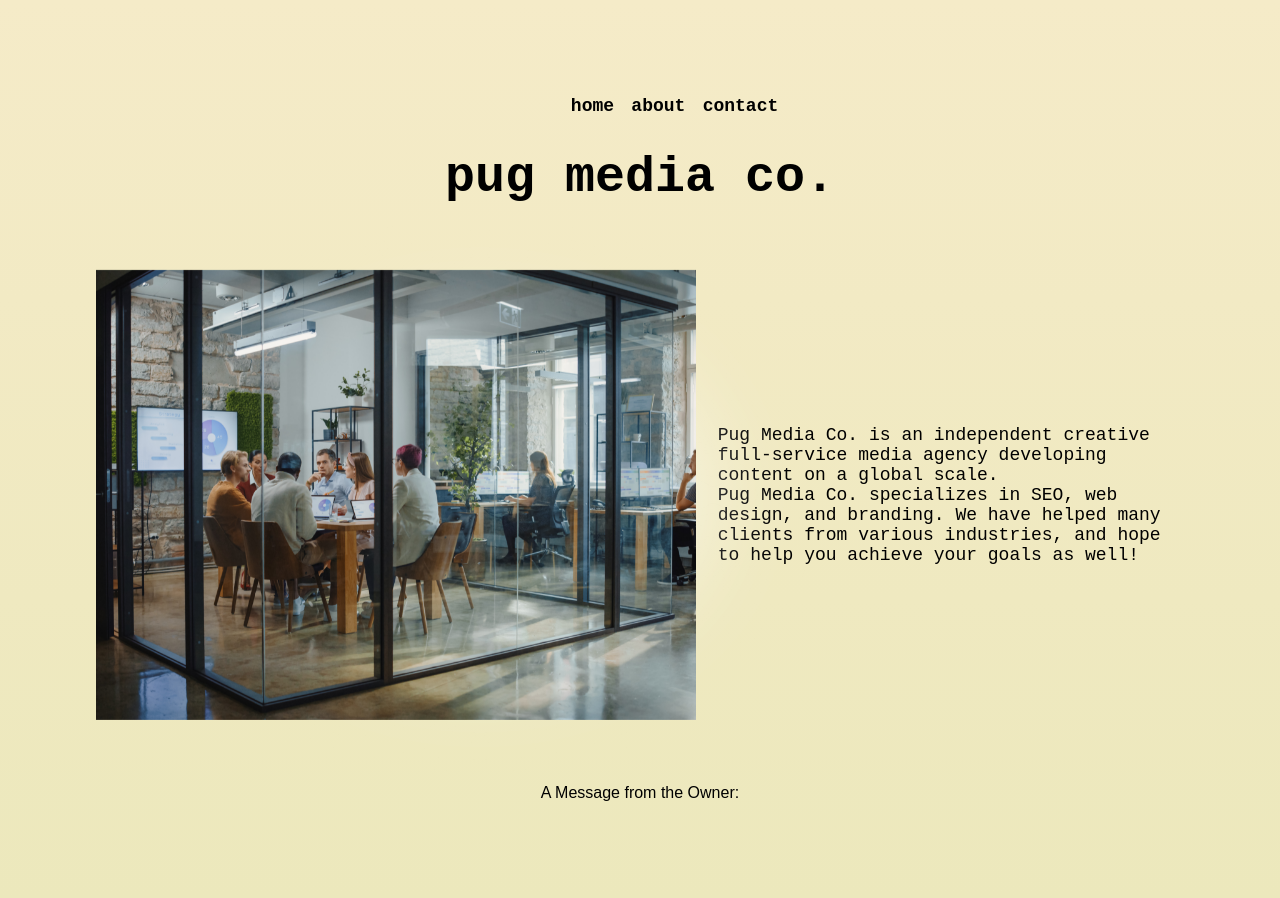
Repository: cheungglenda/MDIA2109-Week3
Page: /
The author's editor kept a copy of each file at every save. The page is drawn from the files as they stood at one save, then again after the next save.
The browser window is 1280 px wide. The pictures show the whole page.
The project was rebuilt for these pictures with package versions that can differ from the ones it lists, and the page was loaded fresh each time. The framework's server and built-in components were replaced by stand-ins that run in the browser. Also part of the build but not shown: next.config.js, components/Card/index.js.

Above is the page before, as saved 2023-01-20 18:59:29.

### pages/index.js
import Head from 'next/head'
import Image from 'next/image'
import { Inter } from '@next/font/google'
import styles from '@/styles/Home.module.css'
import data from '../data/education.json'
import { useState } from 'react'
import Card from '../components/Card'
import Link from 'next/link'

const inter = Inter({ subsets: ['latin'] })

export default function Home() {

  /** ([...data]) enters the data in the useState and is calling that info. the useState has all the data from the education.json file */
  const [information, setInformation] = useState([...data])
  console.log(data);

  return (
    <>
      <Head>
        <title>Pug Media Co.</title>
        <meta name="description" content="Full-service digital marketing agency" />
        <meta name="viewport" content="width=device-width, initial-scale=1" />
        <link rel="icon" href="/favicon.ico" />
      </Head>
      <main className={styles.main}>
        <div className={styles.buttons}>
      <Link href="/" className={styles.links}>Home</Link>
      <Link href="../about" className={styles.links}>About</Link>
      <Link href="/" className={styles.links}>Contact</Link>
        </div>

        <div className={styles.meetTitle}>Pug Media Co.</div>
        <div className={styles.center}>
          <Image
            className={styles.logo}
            src="/office.jpeg"
            width={600}
            height={450}
          />
          <div className={styles.homeDesc}>
            Pug Media Co. is an independent creative full-service media agency developing content on a global scale.<br></br>Pug Media Co. specializes in SEO, web design, and branding. We have helped many clients from various industries, and hope to help you achieve your goals as well!
          </div>
        </div>


        <div className={styles.grid}>
          <div>A Message from the Owner:</div>

        </div>
      </main>
    </>
  )
}

/** .toLowerCase() is input when you don't want to worry about case sensitivity */

### styles/Home.module.css
.main {
  display: flex;
  flex-direction: column;
  justify-content: space-between;
  align-items: center;
  padding: 6rem;
  font-family:arial;
  min-height: 100vh;
  background-image: linear-gradient(rgb(245, 235, 200), rgb(236, 232, 188));

}

.buttons {
  display: flex;
  flex-direction:row;
  justify-content: space-evenly;
  margin-bottom:3%;
}

.links:hover {
  text-decoration:underline;
}

.links {
  font-size: 18px;
  max-width: var(--max-width);
  width: 100%;
  font-weight:900;
  font-family: 'Courier New', Courier, monospace;
  text-transform:lowercase;
  padding-left:10%;
}

.description {
  display: inherit;
  justify-content: inherit;
  align-items: inherit;
  font-size: 15px;
  max-width: var(--max-width);
  width: 100%;
  font-family: var(--font-mono);
}

.homeDesc {
  font-size: 18px;
  font-family:'Courier New', Courier, monospace;
  margin-left:2%;
}

.description a {
  display: flex;
  justify-content: center;
  align-items: center;
  gap: 0.5rem;
}

.description p {
  position: relative;
  margin: 0;
  padding: 1rem;
  background-color: rgba(var(--callout-rgb), 0.5);
  border: 1px solid rgba(var(--callout-border-rgb), 0.3);
  border-radius: var(--border-radius);
}

.code {
  font-weight: 700;
  font-family: var(--font-mono);
}

.meetTitle {
  font-size: 50px;
  font-weight:700;
  text-transform:lowercase;
  font-family:'Courier New', Courier, monospace;
  text-align:center;
}

.grid {
  display: flex;
  justify-content:center;
  width: var(--max-width);
  max-width: 100%;
  align-items:center;
  flex: 1;
}

.card {
  padding: 1rem 1.2rem;
  border-radius: var(--border-radius);
  background: rgba(var(--card-rgb), 0);
  border: 1px solid rgba(var(--card-border-rgb), 0);
  transition: background 200ms, border 200ms;
}

.card span {
  display: inline-block;
  transition: transform 200ms;
}

.info {
  font-family:Arial, Helvetica, sans-serif;
}

.card h2 {
  font-weight: 600;
  margin-bottom: 0.7rem;
}

.card p {
  margin: 0;
  opacity: 0.6;
  font-size: 0.9rem;
  line-height: 1.5;
  max-width: 30ch;
}


.employees {
  display:flex;
  gap:20px;
  width: 80%;
  text-align:center;
  font-family:'Courier New', Courier, monospace;
}

.titleDesc {
  font-size:16px;
  margin-bottom:3%;
}

.center {
  display: flex;
  justify-content: center;
  align-items: center;
  position: relative;
  padding: 4rem 0;
}

.center::before {
  background: var(--secondary-glow);
  border-radius: 50%;
  width: 480px;
  height: 360px;
  margin-left: -400px;
}

.center::after {
  background: var(--primary-glow);
  width: 240px;
  height: 180px;
  z-index: -1;
}

.center::before,
.center::after {
  content: '';
  left: 50%;
  position: absolute;
  filter: blur(45px);
  transform: translateZ(0);
}

.logo,
.thirteen {
  position: relative;
  object-fit:cover;
}

.thirteen {
  display: flex;
  justify-content: center;
  align-items: center;
  width: 75px;
  height: 75px;
  padding: 25px 10px;
  margin-left: 16px;
  transform: translateZ(0);
  border-radius: var(--border-radius);
  overflow: hidden;
  box-shadow: 0px 2px 8px -1px #0000001a;
}

.thirteen::before,
.thirteen::after {
  content: '';
  position: absolute;
  z-index: -1;
}

/* Conic Gradient Animation */
.thirteen::before {
  animation: 6s rotate linear infinite;
  width: 200%;
  height: 200%;
  background: var(--tile-border);
}

/* Inner Square */
.thirteen::after {
  inset: 0;
  padding: 1px;
  border-radius: var(--border-radius);
  background: linear-gradient(
    to bottom right,
    rgba(var(--tile-start-rgb), 1),
    rgba(var(--tile-end-rgb), 1)
  );
  background-clip: content-box;
}

/* Enable hover only on non-touch devices */
@media (hover: hover) and (pointer: fine) {
  .card:hover {
    background: rgba(var(--card-rgb), 0.1);
    border: 1px solid rgba(var(--card-border-rgb), 0.15);
  }

  .card:hover span {
    transform: translateX(4px);
  }
}

@media (prefers-reduced-motion) {
  .thirteen::before {
    animation: none;
  }

  .card:hover span {
    transform: none;
  }
}

/* Mobile */
@media (max-width: 700px) {
  .content {
    padding: 4rem;
  }

  .grid {
    grid-template-columns: 1fr;
    margin-bottom: 120px;
    max-width: 320px;
    text-align: center;
  }

  .card {
    padding: 1rem 2.5rem;
  }

  .card h2 {
    margin-bottom: 0.5rem;
  }

  .center {
    padding: 8rem 0 6rem;
  }

  .center::before {
    transform: none;
    height: 300px;
  }

  .description {
    font-size: 0.8rem;
  }

  .description a {
    padding: 1rem;
  }

  .description p,
  .description div {
    display: flex;
    justify-content: center;
    position: fixed;
    width: 100%;
  }

  .description p {
    align-items: center;
    inset: 0 0 auto;
    padding: 2rem 1rem 1.4rem;
    border-radius: 0;
    border: none;
    border-bottom: 1px solid rgba(var(--callout-border-rgb), 0.25);
    background: linear-gradient(
      to bottom,
      rgba(var(--background-start-rgb), 1),
      rgba(var(--callout-rgb), 0.5)
    );
    background-clip: padding-box;
    backdrop-filter: blur(24px);
  }

  .description div {
    align-items: flex-end;
    pointer-events: none;
    inset: auto 0 0;
    padding: 2rem;
    height: 200px;
    background: linear-gradient(
      to bottom,
      transparent 0%,
      rgb(var(--background-end-rgb)) 40%
    );
    z-index: 1;
  }
}

/* Tablet and Smaller Desktop */
@media (min-width: 701px) and (max-width: 1120px) {
  .grid {
    grid-template-columns: repeat(2, 50%);
  }
}

@media (prefers-color-scheme: dark) {

  .main {
    background-image: linear-gradient(rgb(51, 65, 14), rgb(169, 169, 110));
  }

  .vercelLogo {
    filter: invert(1);
  }

  .meetTitle {
    color:white;
  }

  .titleDesc {
    color:white;
  }

  .links {
    color: white;
  }

  .employees {
    color: black;
  }
}

@keyframes rotate {
  from {
    transform: rotate(360deg);
  }
  to {
    transform: rotate(0deg);
  }
}

### data/education.json
[
        {
            "studentNumber": "A0004567",
            "firstName": "Person 1",
            "gpa": 3.8,
            "department": "Business",
            "degree": "Finance",
            "graduted": 2014
        },
        {
            "studentNumber": "A0001234",
            "firstName": "Person 2",
            "gpa": 3.5,
            "department": "Business",
            "degree": "Accounting",
            "graduted": 2010
        },
        {
            "studentNumber": "A0007890",
            "firstName": "Person 3",
            "gpa": 3.2,
            "department": "Computing",
            "degree": "Applied Software Development Certificate",
            "graduted": 2018
        },
        {
            "studentNumber": "A0007828",
            "firstName": "Person 4",
            "gpa": 3.9,
            "department": "Computing",
            "degree": "Computer Systems Diploma",
            "graduted": 2021
        },
        {
            "studentNumber": "A0003425",
            "firstName": "Person 5",
            "gpa": 3.2,
            "department": "Computing",
            "degree": "Applied Computer Information Systems Certificate",
            "graduted": 2021
        }
]

Loaded but not shown: pages/_app.js (common file); pages/_document.js (common file); styles/globals.css (common file)

After the next save:
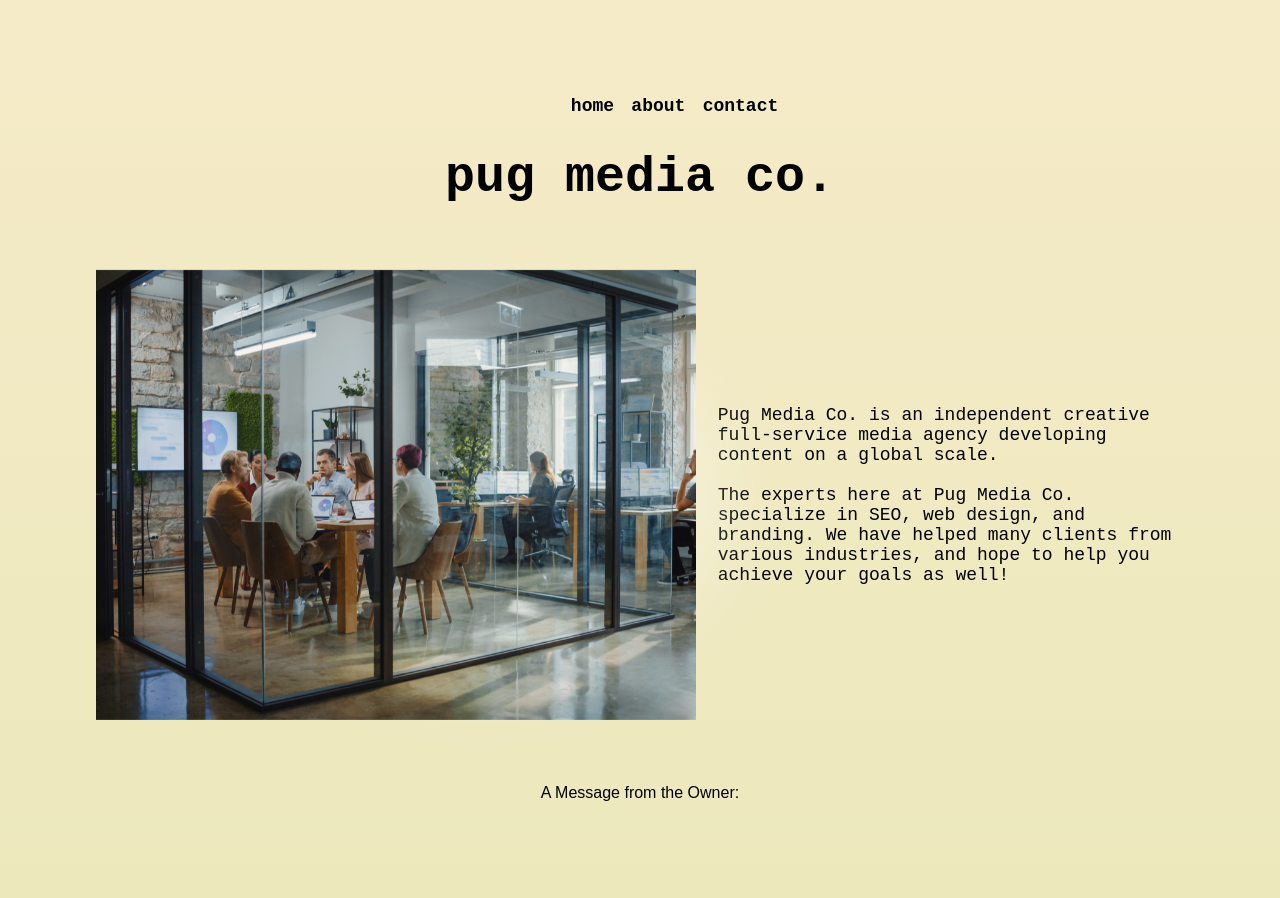
Saved 16 s later.
--- a/pages/index.js
+++ b/pages/index.js
@@ -39,7 +39,7 @@ export default function Home() {
             height={450}
           />
           <div className={styles.homeDesc}>
-            Pug Media Co. is an independent creative full-service media agency developing content on a global scale.<br></br>Pug Media Co. specializes in SEO, web design, and branding. We have helped many clients from various industries, and hope to help you achieve your goals as well!
+            Pug Media Co. is an independent creative full-service media agency developing content on a global scale.<br></br><br></br> The experts here at Pug Media Co. specialize in SEO, web design, and branding. We have helped many clients from various industries, and hope to help you achieve your goals as well!
           </div>
         </div>
 
